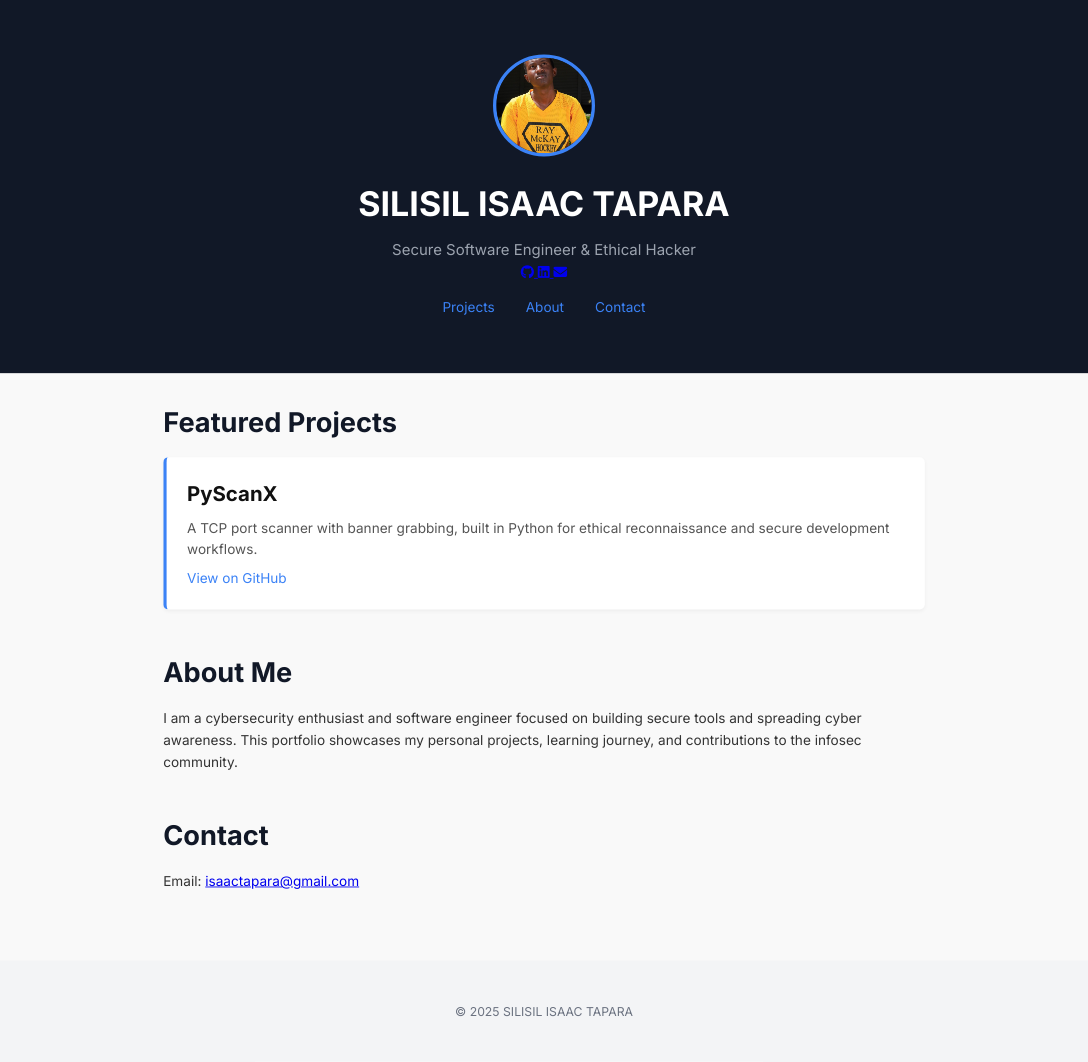
Repository: isaactapara/isaactapara.github.io
Page: index.html
The author's editor kept a copy of each file at every save. The page is drawn from the files as they stood at one save, then again after the next save.
The browser window is 1280 px wide. The pictures show the whole page, at 85% of full size.
Some web libraries are served in a nearby version.

Above is the page before, as saved 2025-07-17 10:30:48.

After the next save:
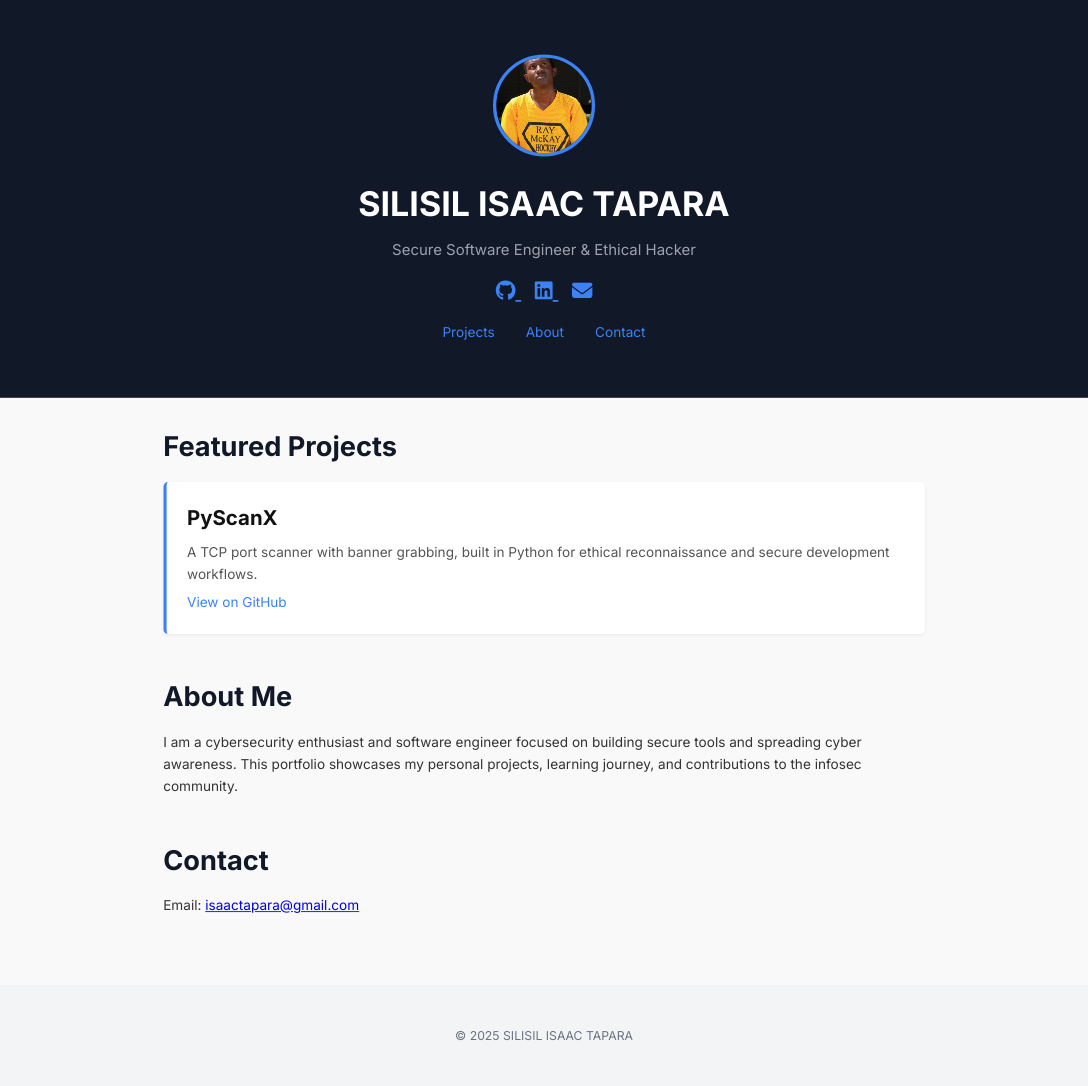
Saved 24 s later.
--- a/style.css
+++ b/style.css
@@ -105,3 +105,18 @@ footer {
   margin-bottom: 1rem;
   border: 4px solid #3b82f6;
 }
+
+.social-icons {
+  margin-top: 1rem;
+}
+
+.social-icons a {
+  color: #3b82f6;
+  margin: 0 0.5rem;
+  font-size: 1.5rem;
+  transition: color 0.3s ease;
+}
+
+.social-icons a:hover {
+  color: #1e40af;
+}
